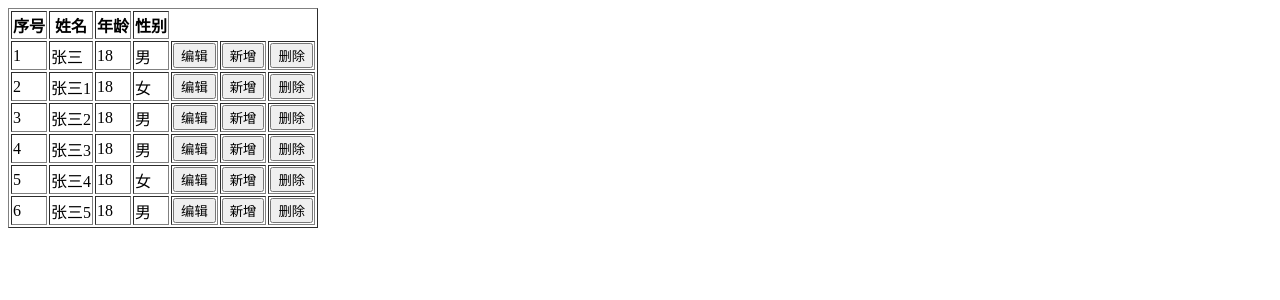
Repository: yuanritian1/5oproject50days
Page: 表格table/index.html
The author's editor kept a copy of each file at every save. The page is drawn from the files as they stood at one save, then again after the next save.
The browser window is 1280 px wide. The pictures show the whole page.

Above is the page before, as saved 2022-09-03 10:06:46.

After the next save:
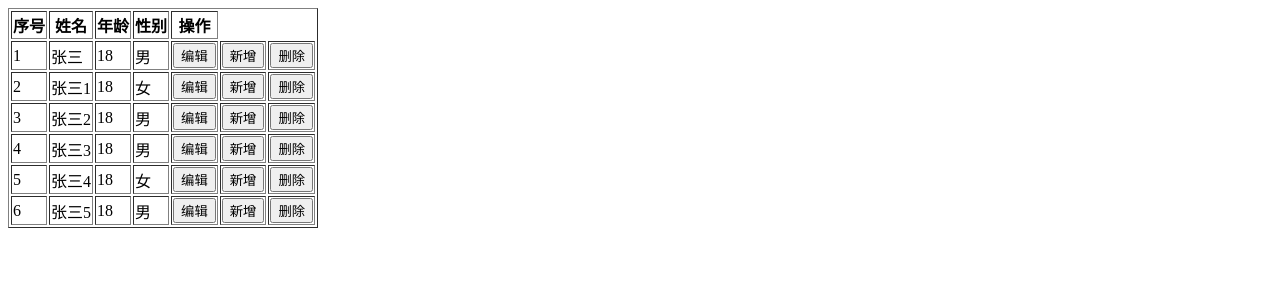
Saved 24 s later.
--- a/表格table/index.html
+++ b/表格table/index.html
@@ -24,6 +24,9 @@
                     </th>
                     <th>
                         性别
+                    </th>
+                    <th>
+                        操作
                     </th>
                 </tr>
             </thead>
